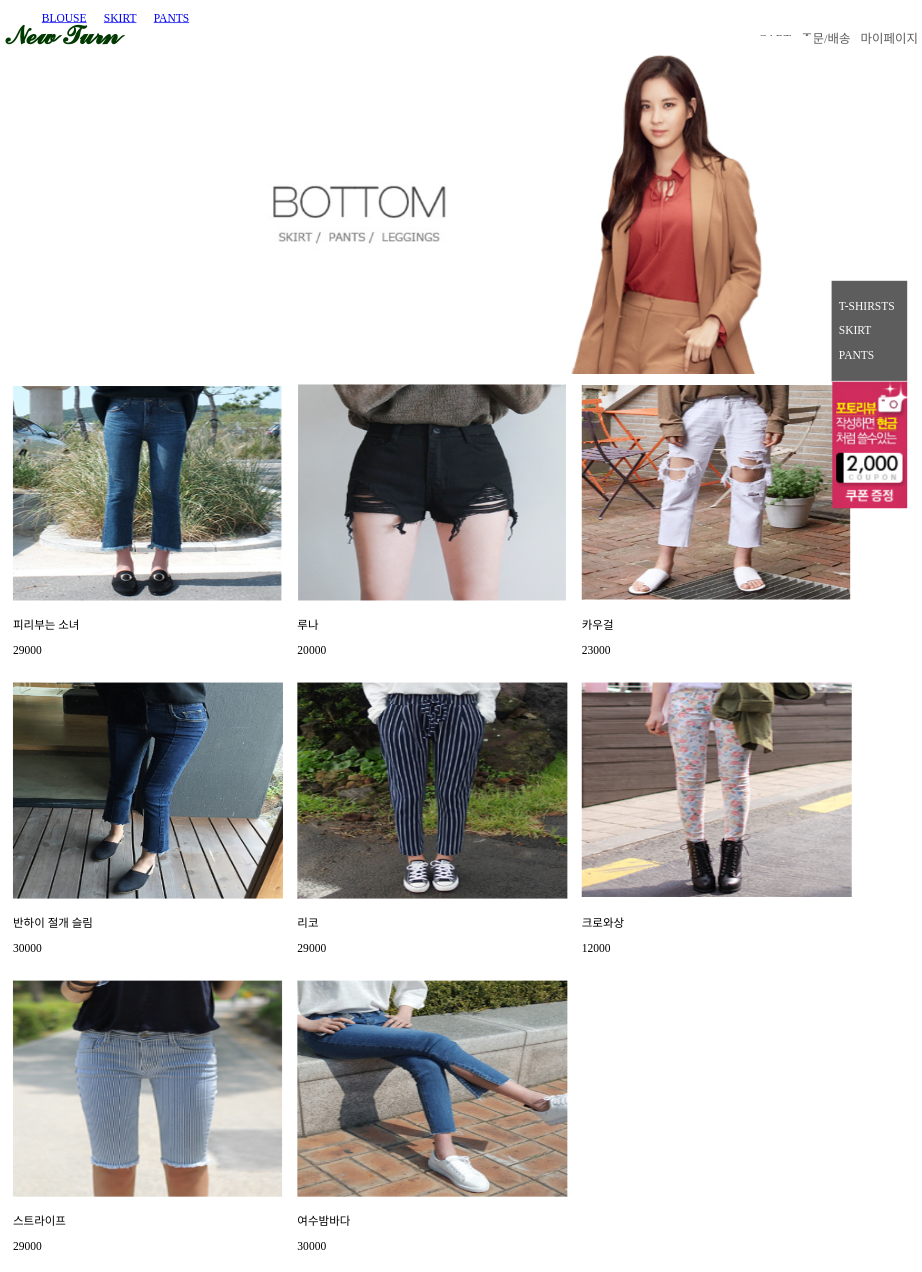
Repository: won0108/Port-Folio
Page: Creating_Homepage/Shopping/WebContent/pants.html
These files come from the project's save history. The page is drawn as it stood at one moment and after the next save; the edit follows.
The browser window is 1280 px wide. The pictures show the whole page, at 72% of full size.

Above is the page before, as saved 2020-12-03 07:18:59.

### Creating_Homepage/Shopping/WebContent/pants.html
<!DOCTYPE html>
<html>
<head>  <!--웹페이지에 대한 정보를 제공한다.-->
 <title> New Turn </title>
<style>
 	@font-face{
 		font-family:"My Font";
 		src: url("fontstyle/ENCOSCPT.TTF");
 	}
 	h1{
   	color:#003900;
   	position:fixed;
   	top: 0px;
   	left:10px;
   	font-family:"My Font", serif;
   	font-size: 30pt;
   }
   #infor{
   position:fixed;
   top:40px; right:0px;
   }
   #infor a{
   text-decoration:none;
   color:#5D5D5D;
   font-size:13pt;
   display: inline;
   padding :5px;
   }
   #infor a:hover{
   tex-decoration:underline;
   color: black;
   text-weight:bold;
   }
   #categ{
   position:fixed;
   top:25px; right:670px;
   }
   #categ ul li{
   display: inline;
   }
   #categ ul li a{
   text-decoration:none;
   color:#003900;
   font-size:10pt;
   font-weight:bold;
   text-transform:uppercase;
   padding :5px;
   }
   #categ ul li a:hover{
   tex-decoration:underline; color: black;
   }
</style>
</head>
<body>
<form>
 <h1> New Turn </h1>
<div id="infor">
<a href="">CART</a>
<a href="">주문/배송</a>
<a href="C:\Users\samsung\Desktop\쇼핑몰\마이페이지.html">마이페이지</a></div>
<ul>
<a href="C:\Users\samsung\Desktop\쇼핑몰\top.html"style="padding:10px;">BLOUSE</a>
<a href="C:\Users\samsung\Desktop\쇼핑몰\skirt.html" style="padding:10px;">SKIRT</a>
<a href="C:\Users\samsung\Desktop\쇼핑몰\pants.html"style="padding:10px;">PANTS</a> </ul>
<img style="position:relative; left:250px;"  src="서현.png"><br>
<div style="margin:10px;float:left;">
<img src="바지2.png" width="375" height="300">
<p>피리부는 소녀</p>
<p>29000</p>
</div>
<div style="margin:10px;float:left;">
<img src="바지3.png" width="375" height="300">
<p>루나</p>
<p>20000</p>
</div>
<div style="margin:10px;float:left;">
<img src="바지4.png" width="375" height="300">
<p>카우걸</p>
<p>23000</p>
</div>
<div style="margin:10px;float:left;">
<img src="반하이 절개 슬림.png" width="375" height="300">
<p>반하이 절개 슬림</p>
<p>30000</p>
</div>
<div style="margin:10px;float:left;">
<img src="리코.png" width="375" height="300">
<p>리코</p>
<p>29000</p>
</div>
<div style="margin:10px;float:left;">
<img src="크로와상.png" width="375" height="300">
<p>크로와상</p>
<p>12000</p>
</div>
<div style="margin:10px;float:left;">
<img src="스트라이프.png" width="375" height="300">
<p>스트라이프</p>
<p>29000</p>
</div>
<div style="margin:10px;float:left;">
<img src="여수밤바다.png" width="375" height="300">
<p>여수밤바다</p>
<p>30000</p>
</div>
 <div style="background-color:#5D5D5D;
width:85px; height:120px; right:20px; bottom:190px;
color:white; display:block; position:fixed; padding:10px;">
<p>T-SHIRSTS</p>
<p>SKIRT</p>
<p>PANTS</p>
</div>
<div style=" display:block; position:fixed; right:20px; bottom:10px;">
<img src="쿠폰.png"></div>
 </form>
</body>
</html>

After the next save:
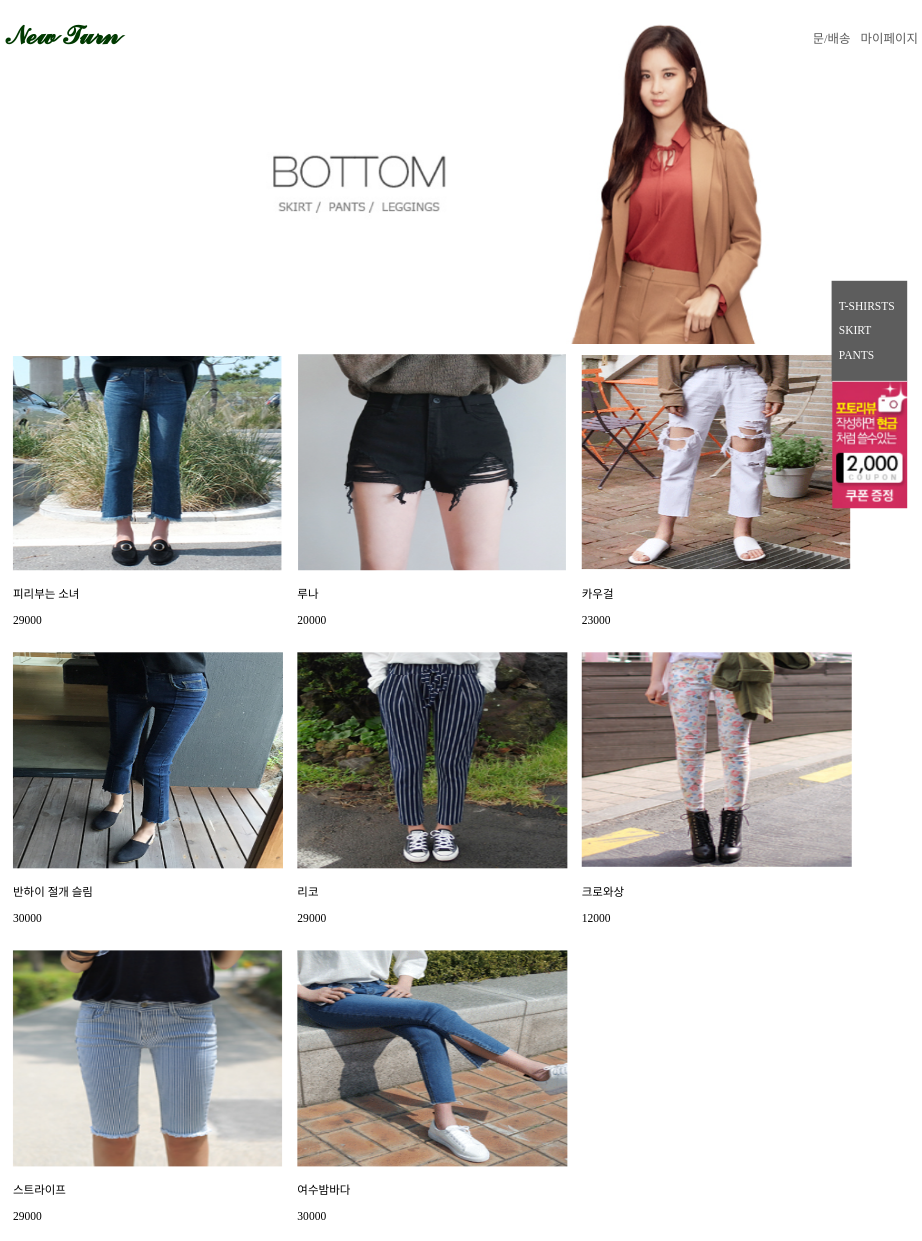
Saved 105 s later.
--- a/Creating_Homepage/Shopping/WebContent/pants.html
+++ b/Creating_Homepage/Shopping/WebContent/pants.html
@@ -53,15 +53,19 @@
 </head>
 <body>
 <form>
- <h1> New Turn </h1>
-<div id="infor">
-<a href="">CART</a>
-<a href="">주문/배송</a>
-<a href="C:\Users\samsung\Desktop\쇼핑몰\마이페이지.html">마이페이지</a></div>
-<ul>
-<a href="C:\Users\samsung\Desktop\쇼핑몰\top.html"style="padding:10px;">BLOUSE</a>
-<a href="C:\Users\samsung\Desktop\쇼핑몰\skirt.html" style="padding:10px;">SKIRT</a>
-<a href="C:\Users\samsung\Desktop\쇼핑몰\pants.html"style="padding:10px;">PANTS</a> </ul>
+ 	<h1> New Turn </h1>
+	<div id="infor">
+	<a href="">CART</a>
+	<a href="">주문/배송</a>
+	<a href="C:\Users\samsung\Desktop\쇼핑몰\마이페이지.html">마이페이지</a>
+	</div>
+	<div id="categ">
+		<ul>
+			<li><a href="top.html">BLOUSE</a></li>
+			<li><a href="skirt.html">SKIRT</a></li>
+			<li><a href="pants.html">PANTS</a></li>
+		</ul>
+	</div>
 <img style="position:relative; left:250px;"  src="서현.png"><br>
 <div style="margin:10px;float:left;">
 <img src="바지2.png" width="375" height="300">
